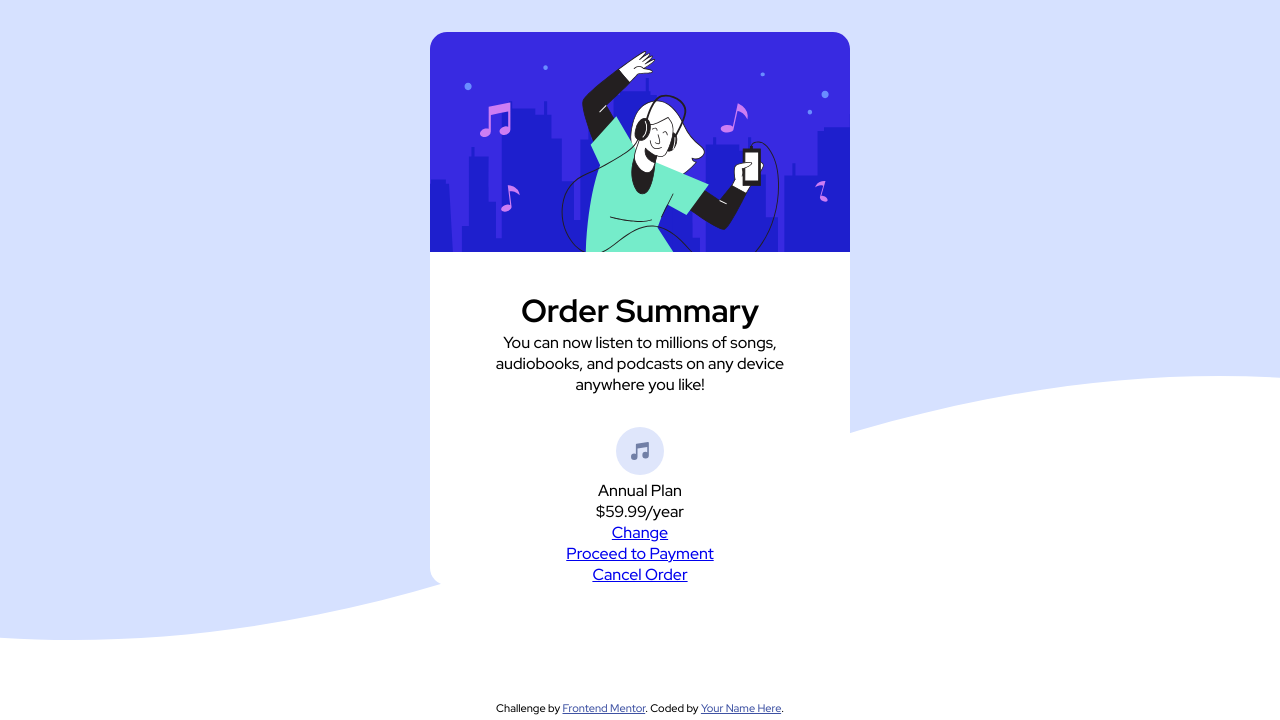
Repository: DejV44/order-summary-frontend
Page: index.html
An editor plug-in stored every save of this project. The page is shown before and after the next save, followed by the edit.
The browser window is 1280 px wide. The pictures show the whole page.
The style sheet was rebuilt from its Sass, Less or Tailwind sources for each picture, by a compiler version that may differ from the author's.

Above is the page before, as saved 2021-08-12 21:05:29.

### index.html
<!DOCTYPE html>
<html lang="en">
<head>
  <meta charset="UTF-8">
  <meta name="viewport" content="width=device-width, initial-scale=1.0">
  <link rel="stylesheet" href="css/style.css">

  <link rel="icon" type="image/png" sizes="32x32" href="./images/favicon-32x32.png">

  <title>Frontend Mentor | Order summary card</title>

</head>
<body>
  <div class="container">
    <div class="backgr">
      <img src="/images/illustration-hero.svg" alt="hero">
    </div>
    <div class="content">
      <h1>Order Summary</h1>
      <p>You can now listen to millions of songs, audiobooks, and podcasts on any
      device anywhere you like!</p>
    </div>
    <div class="price_container">
      <div class="annual">
        <img src="/images/icon-music.svg" alt="music">
        <p>Annual Plan</p>
        <p>$59.99/year</p>
      </div>
      <a href="#">Change</a>
    </div>
    <div class="button">
      <a href="#">Proceed to Payment</a>
    </div>
    <div class="cancel_button">
      <a href="#">Cancel Order</a>
    </div>

  </div>

  <div class="attribution">
    Challenge by <a href="https://www.frontendmentor.io?ref=challenge" target="_blank">Frontend Mentor</a>.
    Coded by <a href="#">Your Name Here</a>.
  </div>
</body>
</html>

### css/style.scss
* {
    margin: 0;
    padding: 0;
}
@import url('https://fonts.googleapis.com/css2?family=Red+Hat+Display:wght@500;700;900&display=swap');
@import "variables";
@import "mixins";

body {
    @include body;
    @include fonts;
}

.container {
    @include container;
    @include border;

}
.attribution {
    @include attribution;
}

.content {
    @include content;
}

### css/_variables.scss
// ---COLORS--

$Paleblue: hsl(225, 100%, 94%);
$Brightblue: hsl(245, 75%, 52%);
$VeryPaleBlue: hsl(225, 100%, 98%);
$Desaturatedblue: hsl(224, 41%, 36%);
$DarkBlue: hsl(223, 47%, 23%);

### css/_mixins.scss
@mixin fonts {
    font-family: 'Red Hat Display', sans-serif;
}

@mixin backgroundMob {
    background: url(/images/pattern-background-mobile.svg);
    background-repeat: no-repeat;
    background-size: cover;
    background-position: center;
}

@mixin container {
    max-width: 420px;
    margin: 0 auto;
    text-align: center;
    overflow: hidden;
    @include fonts;
    background: white;
}

@mixin border {
    border-radius: 17px;

}

@mixin attribution {
    position: fixed;
    bottom: 5px;
    font-size: 11px; text-align: center;
    a {
        color: hsl(228, 45%, 44%);
    }
}

@mixin body {
    @include backgroundMob;
    display: flex;
    justify-content: center;
    align-items: center;
    margin: 2rem auto;
}

@mixin content {
    margin: 2rem;

}

After the next save:
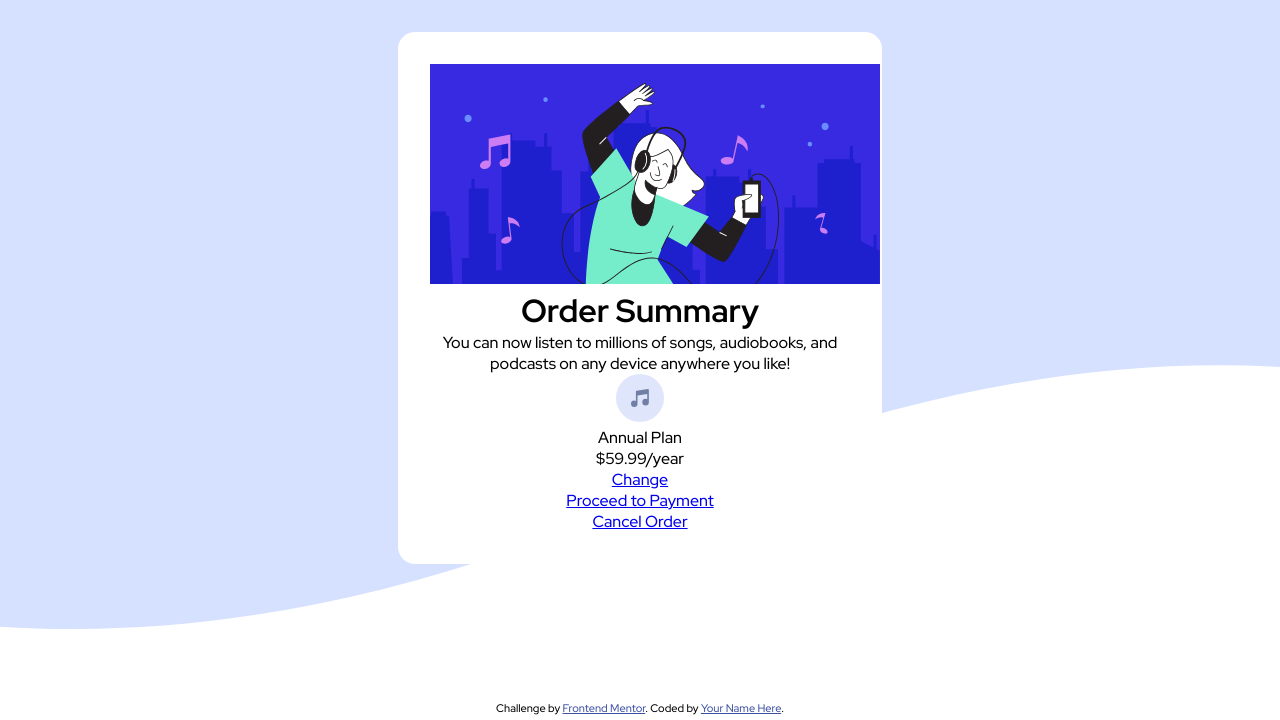
Saved 38 s later.
--- a/css/_mixins.scss
+++ b/css/_mixins.scss
@@ -13,6 +13,7 @@
     max-width: 420px;
     margin: 0 auto;
     text-align: center;
+    padding: 2rem;
     overflow: hidden;
     @include fonts;
     background: white;
@@ -41,6 +42,6 @@
 }
 
 @mixin content {
-    margin: 2rem;
+
 
 }

After the save that followed:
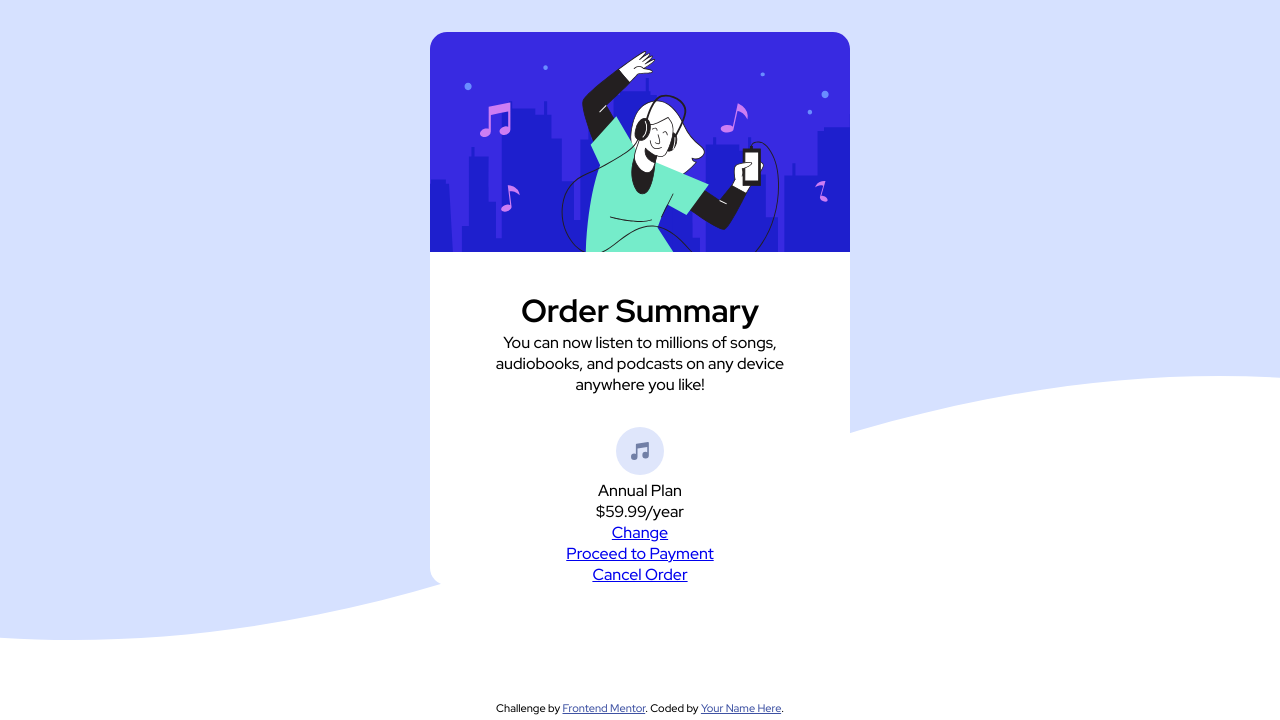
Saved 15 s later.
--- a/css/_mixins.scss
+++ b/css/_mixins.scss
@@ -13,7 +13,7 @@
     max-width: 420px;
     margin: 0 auto;
     text-align: center;
-    padding: 2rem;
+
     overflow: hidden;
     @include fonts;
     background: white;
@@ -42,6 +42,6 @@
 }
 
 @mixin content {
-
+    padding: 2rem;
 
 }
